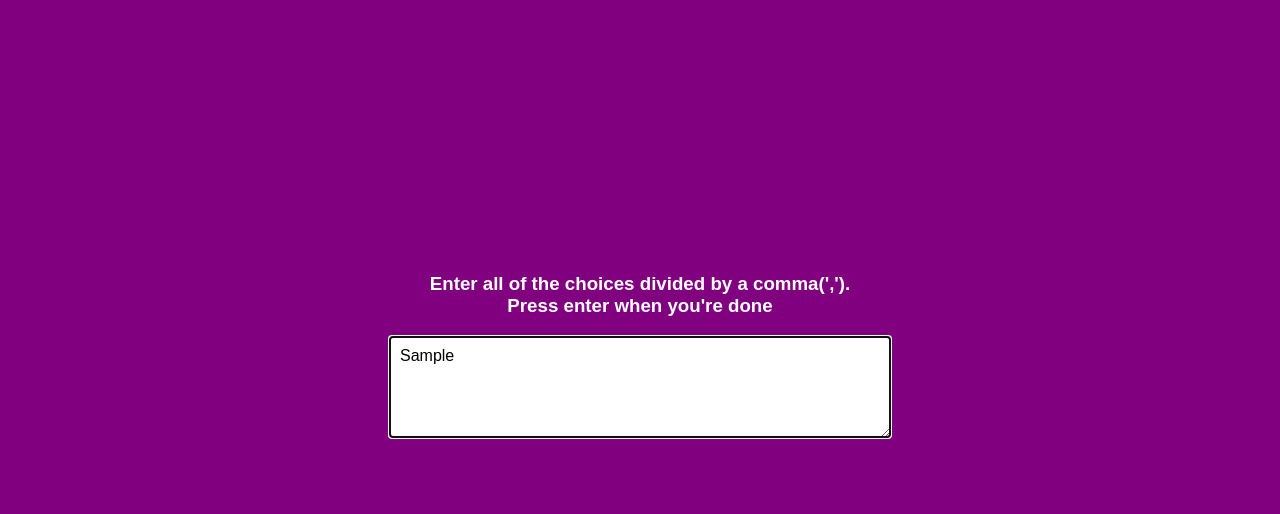
Repository: Boramm-Choi/50Days-
Page: Day13.Random Choice Picker/index.html
An editor plug-in stored every save of this project. The page is shown before and after the next save, followed by the edit.
The browser window is 1280 px wide. The pictures show the whole page.
Empty fields were first filled with sample values (such as "Sample", 5 or name@example.com).
After loading, the first visible `#textarea` was changed once.
Some web fonts or font styles are not loaded; a fallback is used. Some web libraries are served in a nearby version.

Above is the page before, as saved 2020-12-15 21:15:00.
Console error: ReferenceError: tagEl is not defined

### Day13.Random Choice Picker/index.html
<!DOCTYPE html>
<html lang="en">
<head>
    <meta charset="UTF-8" />
    <meta name="viewport" content="width=device-width, initial-scale=1.0">
    <link rel="stylesheet" href="https://cdnjs.cloudflare.com/ajax/libs/font-awesome/5.14.0/css/all.min.css" integrity="sha512-1PKOgIY59xJ8Co8+NE6FZ+LOAZKjy+KY8iq0G4B3CyeY6wYHN3yt9PW0XpSriVlkMXe40PTKnXrLnZ9+fkDaog==" crossorigin="anonymous" />
    <link rel="stylesheet" href="style.css" />
    <title>Random Choice Picker</title>
</head>
<body>
    <div class="container">
        <h3>Enter all of the choices divided by a comma(',').
            <br>Press enter when you're done
        </h3>
        <textarea placeholder="Enter choices here..." id="textarea"></textarea>

        <div id="tags"></div>
    </div>
<script src="script.js"></script>
</body>
</html>

### Day13.Random Choice Picker/style.css
@import url('https://fonts.googleapis.com/css2?family=Muli&display=swap');

*{
box-sizing: border-box;
}

body{
background-color: purple;
font-family: 'Muli',sans-serif;
display: flex;
flex-direction: column;
align-items: center;
justify-content: center;
height: 100vh;
overflow: hidden;
margin: 0;
}

h3{
color: #fff;
margin: 10px 0 20px;
text-align: center;
}

.container{
width: 500px;
}

textarea{
border: none;
display: block;
width: 100%;
height: 100px;
font-family: inherit;
padding: 10px;
margin: 0 0 20px;
font-size: 16px;
}

.tag{
background-color: #616660;
color: #fff;
border-radius: 50px;
padding: 10px 20px;
margin: 0 5px 10px 0;
font-size: 14px;
display: inline;
}


.tag.highlight {
background-color: #f0cc2a;
}

### Day13.Random Choice Picker/script.js
const tagsEl = document.getElementById('tags')
const textarea = document.getElementById('textarea')


textarea.focus()

textarea.addEventListener('keyup', (e)=> {
    createTags(e.target.value)

    if(e.key === 'Enter') {
        setTimeout( ()=>{
            e.target.value= ''
        }, 10)
        randomSelect()
    }

})

function createTags(input){
    const tags = input.split(',').filter(tag => tag.trim() !== '').map(tag => tag.trim())

    tagsEl.innerHTML = ''

    tags.forEach(tag => {
        const tagsEl = document.createElement('span')
        tagEl.classList.add('tag')
        tagEl.innerText= tag
        tagsEl.appendChild(tagEl)
    })
}

function randomSelect(){
    const times = 30

    const interval = setInterval(() => {
        const randomTag = pickRandomTag()

        highlightTag(randomTag)

        setTimeout(() => {
            unHighlightTag(randomTag)
        }, 100)

    }, 100);

    setTimeout(() => {
        clearInterval(interval)

        setTimeout(() => {
            const randomTag = pickRandomTag ()

            highlightTag(randomTag)
        }, 100)
    }, times * 100)
}

function pickRandomTag(){
    const tags = document.querySelectorAll('.tag')
    return tags[Math.floor(Math.random() * tags. length)]
}

function highlightTag(tag){
    tag.classList.add('highlight')

}

function unHighlightTag(tag){
    tag.classList.remove('highlight')

}

After the next save:
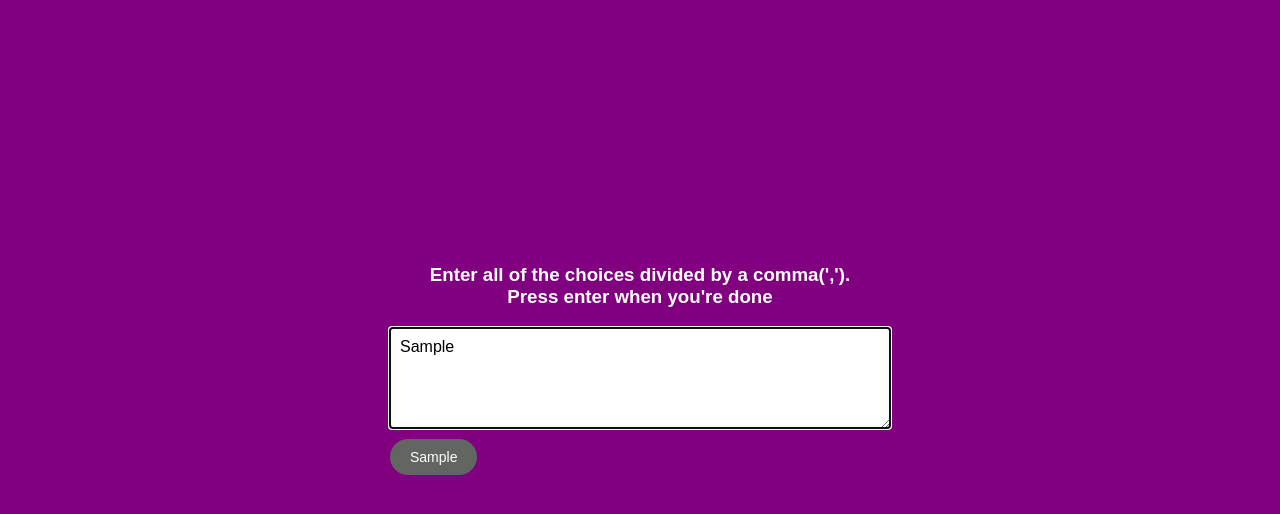
The error is gone.
Saved 78 s later.
--- a/Day13.Random Choice Picker/script.js
+++ b/Day13.Random Choice Picker/script.js
@@ -1,35 +1,34 @@
 const tagsEl = document.getElementById('tags')
 const textarea = document.getElementById('textarea')
 
-
 textarea.focus()
 
-textarea.addEventListener('keyup', (e)=> {
+textarea.addEventListener('keyup', (e) => {
     createTags(e.target.value)
 
     if(e.key === 'Enter') {
-        setTimeout( ()=>{
-            e.target.value= ''
+        setTimeout(() => {
+            e.target.value = ''
         }, 10)
+
         randomSelect()
     }
-
 })
 
-function createTags(input){
+function createTags(input) {
     const tags = input.split(',').filter(tag => tag.trim() !== '').map(tag => tag.trim())
 
     tagsEl.innerHTML = ''
 
     tags.forEach(tag => {
-        const tagsEl = document.createElement('span')
+        const tagEl = document.createElement('span')
         tagEl.classList.add('tag')
-        tagEl.innerText= tag
+        tagEl.innerText = tag
         tagsEl.appendChild(tagEl)
     })
 }
 
-function randomSelect(){
+function randomSelect() {
     const times = 30
 
     const interval = setInterval(() => {
@@ -40,31 +39,29 @@ function randomSelect(){
         setTimeout(() => {
             unHighlightTag(randomTag)
         }, 100)
-
     }, 100);
 
     setTimeout(() => {
         clearInterval(interval)
 
         setTimeout(() => {
-            const randomTag = pickRandomTag ()
+            const randomTag = pickRandomTag()
 
             highlightTag(randomTag)
         }, 100)
+
     }, times * 100)
 }
 
-function pickRandomTag(){
+function pickRandomTag() {
     const tags = document.querySelectorAll('.tag')
-    return tags[Math.floor(Math.random() * tags. length)]
+    return tags[Math.floor(Math.random() * tags.length)]
 }
 
-function highlightTag(tag){
+function highlightTag(tag) {
     tag.classList.add('highlight')
-
 }
 
-function unHighlightTag(tag){
+function unHighlightTag(tag) {
     tag.classList.remove('highlight')
-
 }
